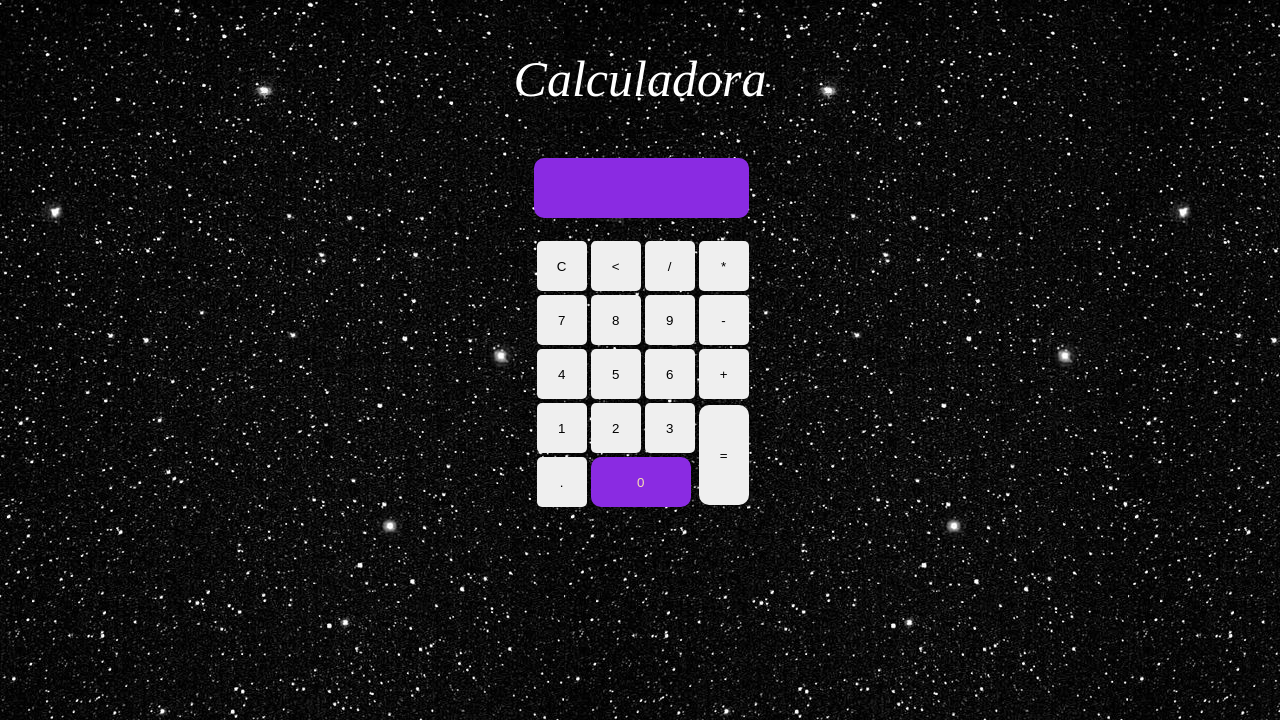
Repository: mariele-huff/calculadora
Page: index.html
These files come from the project's save history. The page is drawn as it stood at one moment and after a run of saves; the edit follows.
The browser window is 1280 px wide. The pictures show the whole page.
The pointer rests on the first visible `.botao1`.

Above is the page before, as saved 2022-08-14 12:52:10.

### index.html
<!DOCTYPE html>
<html lang="pt-br">

<head>
    <meta charset="UTF-8">
    <meta http-equiv="X-UA-Compatible" content="IE=edge">
    <meta name="viewport" content="width=device-width, initial-scale=1.0">
    <link rel="stylesheet" href="style.css">
    <script src="index.js">

    </script>
    <title>Calculadora</title>
</head>

<body>

    <div class="frase"></div>
    <div class="calculadora">
        <p class="titulo">Calculadora</p>
        <div id="resultado">  </div>
        <table>
            <tr>
                <td><button class="botao" onclick="limpar()">C</button></td>
                <td><button class="botao" onclick="voltar()"> < </button>
                </td>
                <td><button class="botao" onclick="acrescenta('/')">/</button></td>
                <td><button class="botao" onclick="acrescenta('*')">*</button></td>
            </tr>
            <tr>
                <td><button class="botao" onclick="acrescenta('7')">7</button></td>
                <td><button class="botao" onclick="acrescenta('8')">8</button></td>
                <td><button class="botao" onclick="acrescenta('9')">9</button></td>
                <td><button class="botao" onclick="acrescenta('-')">-</button></td>
            </tr>
            <tr>
                <td><button class="botao" onclick="acrescenta('4')">4</button></td>
                <td><button class="botao" onclick="acrescenta('5')">5</button></td>
                <td><button class="botao" onclick="acrescenta('6')">6</button></td>
                <td><button class="botao" button onclick="acrescenta('+'), calcular()" >+</button>
                </td>
            </tr>
            <tr>
                <td><button class="botao" onclick="acrescenta('1')">1</button></td>
                <td><button class="botao" onclick="acrescenta('2')">2</button></td>
                <td><button class="botao" onclick="acrescenta('3')">3</button></td>
                <td rowspan="2"><button class="botao2" onclick="calcular()">=</button></td>
            </tr>
            <tr>

                <td> <button class="botao" onclick="acrescenta('.')">.</button></td>
                <td colspan="2"><button class="botao1" onclick="acrescenta('0')">0</button></td>
            </tr>
        </table>
    </div>


</body>

</html>

### style.css
body {
    background-image: url("img/fundo.jpg")
}

.titulo {
    color: white;
    text-align: center;
    font-size: 50px;
    font-style: italic;
}

.calculadora {
    width: 250px;
    height: 400px;
    margin-left: 40%;
    border: 5px black;
    border-radius: 10px;

}

.botao {
    height: 50px;
    width: 50px;
    border-width: inherit;
    border-radius: 5px;
    text-align: center;
}

.botao:hover {
    border-width: 2px;
    border-color: blueviolet;

}

.botao1:hover {
   background-color: blueviolet;
   color:wheat;
}

.botao2:hover {
    background-color: blueviolet;
    color:wheat;
}

.botao1 {
    height: 50px;
    width: 100px;
    border-radius: 10px;
    border-width: inherit;

}

.botao2 {
    height: 100px;
    width: 50px;
    border-radius: 10px;
    border-width: inherit;

}

#resultado {
    background-color: blueviolet;
    height: 60px;
    width: 215px;
    border-radius: 10px;
    border-width: 10px;
    border-color: blueviolet;
    color: white;
    font-size: 50px;
    margin-left: 20px;
    text-align: right;


}

table {
    margin-left: 20px;
    margin-top: 20px;
}

### index.js

let acrescenta = (num) => {

    let numero = document.querySelector('#resultado').innerHTML
    document.querySelector('#resultado').innerHTML = numero + num

}

let limpar = () => {
    let resultado = document.querySelector('#resultado')
    resultado.innerHTML = " "
}

let voltar = () => {
    let resultado = document.querySelector('#resultado').innerHTML
    document.querySelector('#resultado').innerHTML = resultado.substring(0, resultado.length - 1)

}
let calcular = () => {

    let resultado = document.querySelector('#resultado').innerHTML
    if (resultado) {
        let aresult = document.querySelector('#resultado').innerHTML = eval(resultado)

    }
}

After the next 2 saves:
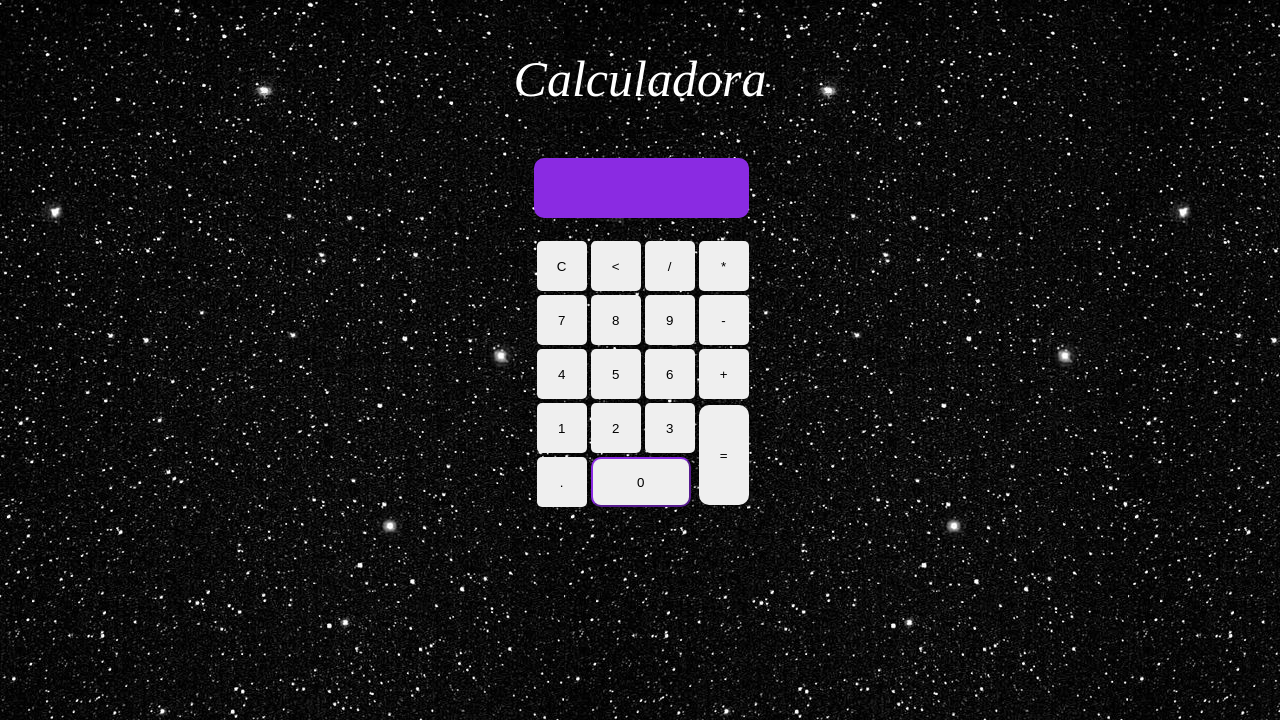
The 2 saves are shown as one change because they came seconds apart.
The last was saved 38 s later.
--- a/style.css
+++ b/style.css
@@ -33,8 +33,9 @@ body {
 }
 
 .botao1:hover {
-   background-color: blueviolet;
-   color:wheat;
+    border-width: 2px;
+    border-color: blueviolet;
+
 }
 
 .botao2:hover {
